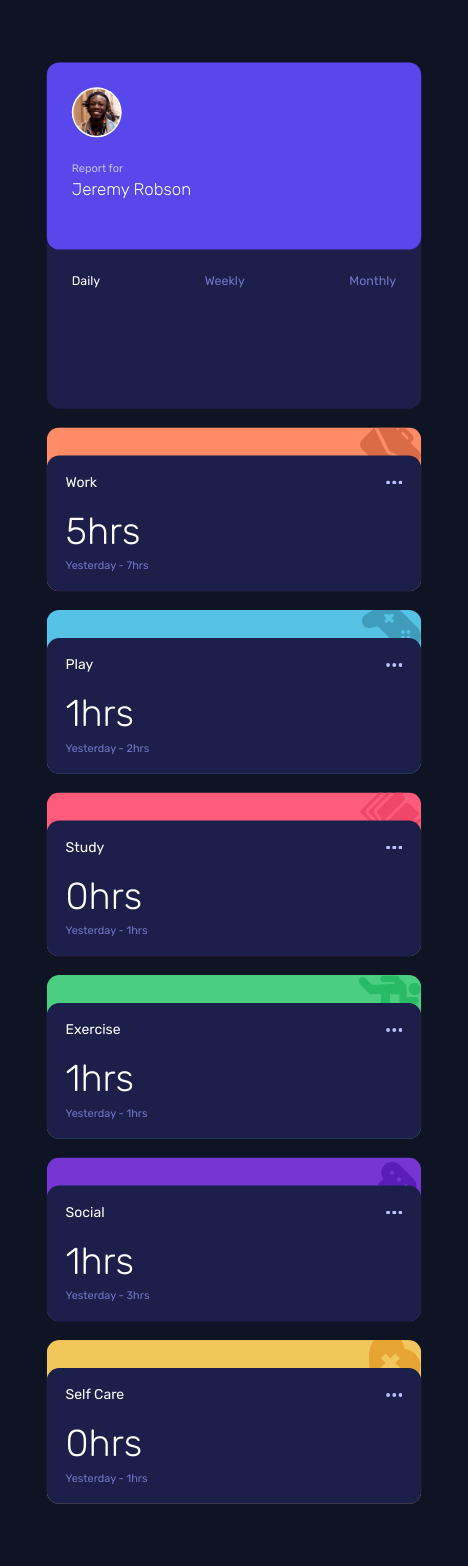
Repository: Jay-JYKim91/FM_time-tracking-dashboard
Page: index.html
These files come from the project's save history. The page is drawn as it stood at one moment and after the next save; the edit follows.
The browser window is 600 px wide. The pictures show the whole page, at 78% of full size.

Above is the page before, as saved 2021-12-19 22:54:35.

After the next save:
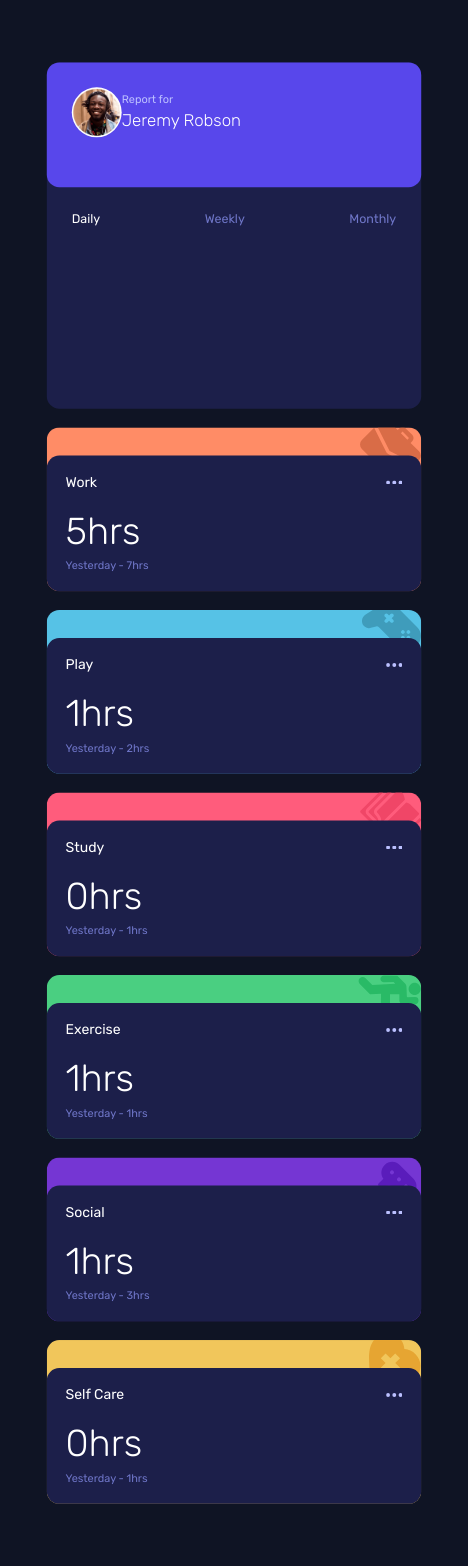
Saved 17 s later.
--- a/style.css
+++ b/style.css
@@ -185,10 +185,10 @@ p {
     /* margin-bottom: 0;
     margin-right: 1em; */
   }
-  /* .profile-card--name {
+  .profile-card--name {
     display: flex;
     align-items: center;
-  } */
+  }
   .profile-card--name .name {
     /* margin-bottom: 0; */
     font-size: 1.35rem;
